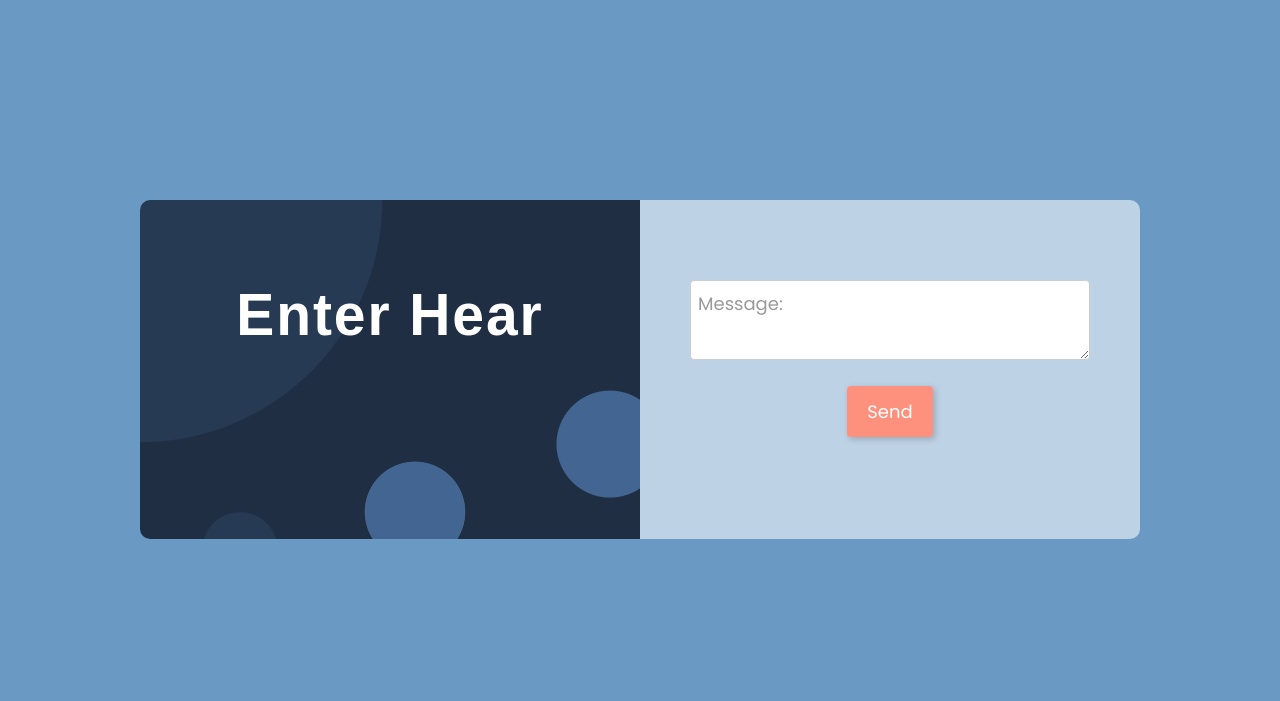
Repository: RamPratapKumarSharma/EbixCash_Ram
Page: http://localhost/user_input_validation/user_ui_form.jsp
The author's editor kept a copy of each file at every save. The page is drawn from the files as they stood at one save, then again after the next save.
The browser window is 1280 px wide. The pictures show the whole page.
The page is served by Tomcat 9. Other server files are loaded and not shown.

Above is the page before, as saved 2022-02-13 14:23:19.

### user_input_validation/WebContent/user_ui_form.jsp
<%@ page language="java" contentType="text/html; charset=ISO-8859-1"
	pageEncoding="ISO-8859-1"%>
<!DOCTYPE html>
<html>
<head>
<meta charset="ISO-8859-1">
<title>Insert title here</title>
<style type="text/css">
@import
	url('https://fonts.googleapis.com/css2?family=Poppins:ital,wght@0,100;0,200;0,300;0,400;0,500;0,600;0,700;0,800;0,900;1,100;1,200;1,300;1,400;1,500;1,600;1,700;1,800;1,900&display=swap')
	;

@import
	url('https://fonts.googleapis.com/css2?family=Arimo:ital,wght@0,400;0,500;0,600;0,700;1,400;1,500;1,600;1,700&display=swap')
	;

* {
	margin: 0;
	box-sizing: border-box;
}

body {
	background-color: #6a9ac4;
}

#contact {
	background-color: #6a9ac4;
	display: flex;
	justify-content: center;
	align-items: center;
}

.contact-box {
	width: clamp(100px, 90%, 1000px);
	margin: 80px 50px;
	display: flex;
	flex-wrap: wrap;
}


/* for message and button design */
.contact-links, .contact-form-wrapper {
	margin-top: 120px;
	width: 50%;
	padding: 8% 5% 10% 5%;
}

/* for enter hear back ground design */
.contact-links {
	background-color: #1f2e43;
	background: radial-gradient(circle at 55% 92%, #426691 0 12%, transparent 12.2%),
		radial-gradient(circle at 94% 72%, #426691 0 10%, transparent 10.2%),
		radial-gradient(circle at 20% max(78%, 350px), #263a53 0 7%,
		transparent 7.2%),
		radial-gradient(circle at 0% 0%, #263a53 0 40%, transparent 40.2%),
		#1f2e43;
	border-radius: 10px 0 0 10px;
}


/* input field back ground design */
.contact-form-wrapper {
	background-color: #ffffff8f;
	border-radius: 0 10px 10px 0;
}

/* for enter hear text h2 heading */
h2 {
	font-family: 'Arimo', sans-serif;
	color: #fff;
	font-size: clamp(30px, 6vw, 60px);
	letter-spacing: 2px;
	text-align: center;
	transform: scale(.95, 1);
}

.form-item {
	position: relative;
}

/*   for font style all ui */
label, input, textarea {
	font-family: 'Poppins', sans-serif;
}

/* for message text alignment in input field */
label {
	position: absolute;
	top: 10px;
	left: 2%;
	color: #999;
	font-size: clamp(14px, 1.5vw, 18px);
	pointer-events: none;
	user-select: none;
}

/* for message Box */
input, textarea {
	width: 100%;
	outline: 0;
	border: 1px solid #ccc;
	border-radius: 4px;
	margin-bottom: 20px;
	padding: 12px;
	font-size: clamp(15px, 1.5vw, 18px);
}

.submit-btn:hover {
	transform: scale(1.1, 1.1);
}

.submit-btn:active {
	transform: scale(1.1, 1.1);
	filter: sepia(0.5);
}

/*  Message text in user input */
input:focus+label, input:valid+label, textarea:focus+label, textarea:valid+label
	{
	font-size: clamp(13px, 1.3vw, 16px);
	color: #777;
	top: -20px;
	transition: all .225s ease;
}

/*  For Button Style */
.submit-btn {
	background-color: #fd917e;
	filter: drop-shadow(2px 2px 3px #0003);
	color: #fff;
	font-family: "Poppins", sans-serif;
	font-size: clamp(16px, 1.6vw, 18px);
	display: block;
	padding: 12px 20px;
	margin: 2px auto;
	border: none;
	border-radius: 4px;
	cursor: pointer;
	user-select: none;
	transition: 0.2s;
}
}
</style>
</head>
<body>
	<section id="contact">
		<div class="contact-box">
			<div class="contact-links">
				<h2>Enter Hear</h2>
			</div>
			<div class="contact-form-wrapper">
				<form action="/user_input_validation/User" method="post">
					<div class="form-item">
						<textarea class="" name="data" required></textarea>
						<label>Message:</label>
					</div>
					<button class="submit-btn">Send</button>
				</form>
			</div>
		</div>
	</section>
</body>
</html>

After the next save:
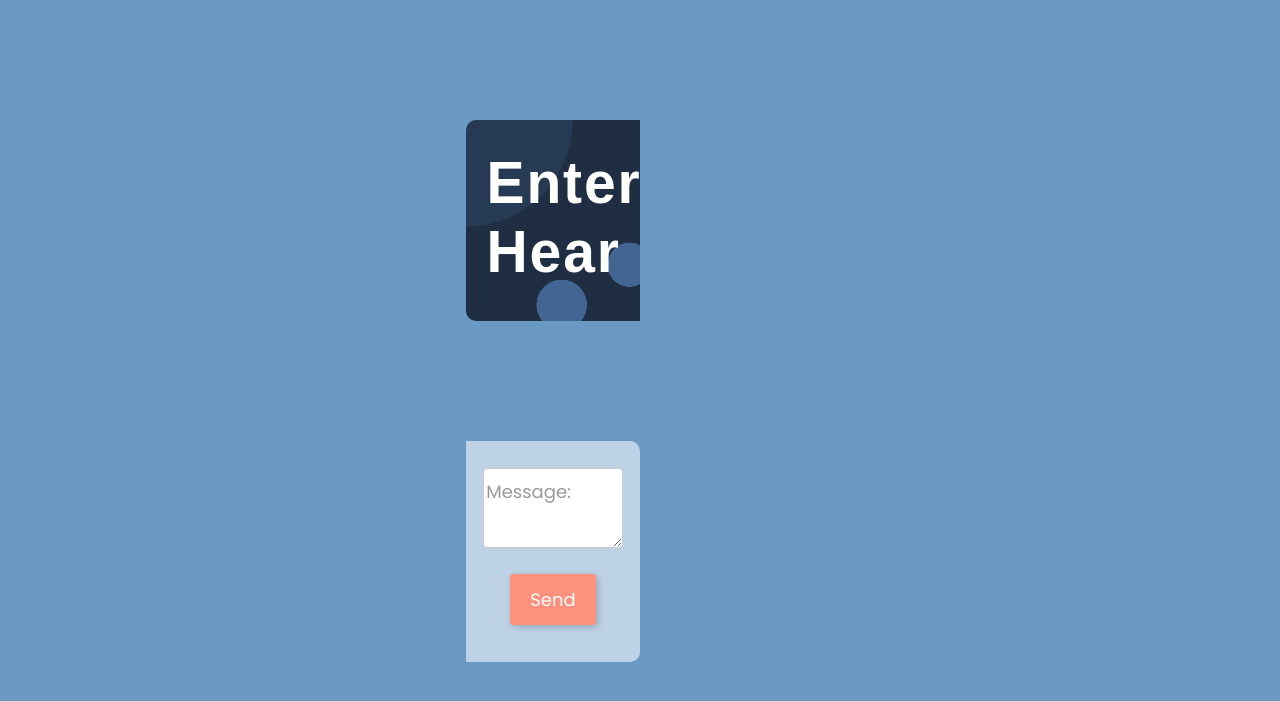
Saved 7 s later.
--- a/user_input_validation/WebContent/user_ui_form.jsp
+++ b/user_input_validation/WebContent/user_ui_form.jsp
@@ -30,12 +30,7 @@
 	align-items: center;
 }
 
-.contact-box {
-	width: clamp(100px, 90%, 1000px);
-	margin: 80px 50px;
-	display: flex;
-	flex-wrap: wrap;
-}
+
 
 
 /* for message and button design */

After the save that followed:
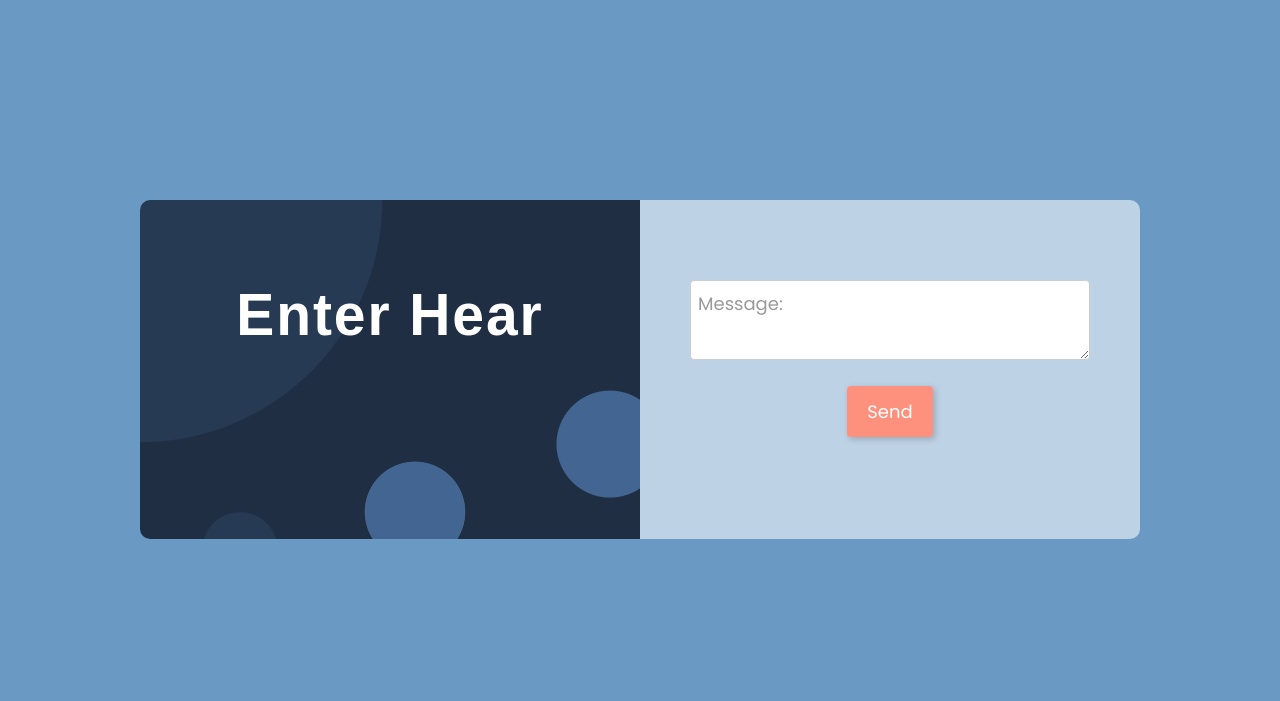
Saved 9 s later.
--- a/user_input_validation/WebContent/user_ui_form.jsp
+++ b/user_input_validation/WebContent/user_ui_form.jsp
@@ -30,7 +30,12 @@
 	align-items: center;
 }
 
-
+.contact-box {
+	width: clamp(100px, 90%, 1000px);
+	margin: 80px 50px;
+	display: flex;
+	flex-wrap: wrap;
+}
 
 
 /* for message and button design */
